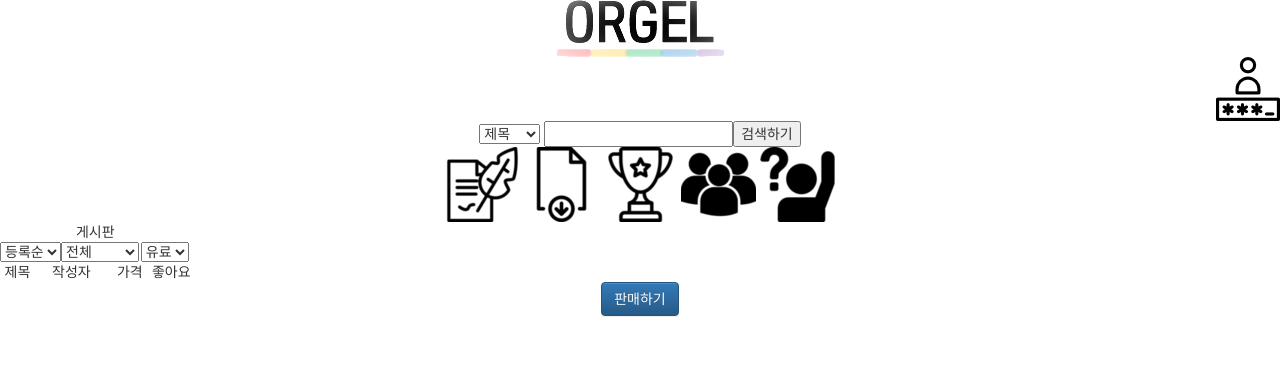
Repository: 2018YoungJinCollege-Com-3WDJ-3Group/WebCode
Page: http://localhost/sellboard
The author's editor kept a record of every edit. The page is drawn from the files as they stood at one moment, then again after the next edit.
The browser window is 1280 px wide. The pictures show the whole page.
The page is served by the project's Laravel application, run on PHP 8.4 with Laravel 8. Other server files are loaded and not shown. Queries for data that is not in the repository find no rows.

Above is the page before.
Console error (its wording comes from the project's code and is left out).

### 20180326/project/routes/web.php
<?php

/*
|--------------------------------------------------------------------------
| Web Routes
|--------------------------------------------------------------------------
|
| Here is where you can register web routes for your application. These
| routes are loaded by the RouteServiceProvider within a group which
| contains the "web" middleware group. Now create something great!
|
*/
//개인적으로 쓰이는 test파일 경로
Route::get('minsuk',function(){
   return view('minsuk');
});



Route::get('/test',function(){
    return view('test');
});
//사이트 접속시 첫 페이지
Route::get('/', function (){
    return view('project');
});

//mobile게시판 라우트
Route::resource('Msellboard','MoblieSellBoardController');
//게시판라우트
Route::resource('sellboard','SellBoardController');
//게시판 검색 라우트
Route::get('sellboard/search','SellBoardController@search')->name('sellboard.search');

//메인페이지 라우트
Route::resource('main','MainController');
//메인페이지 외부악보 라우트
Route::post('main/transfer','MainController@transfer')->name('upload');



//로그인 계정 관리
Route::get('login','Auth\LoginController@getLogin')->name('getLogin');
Route::post('login','Auth\LoginController@postlogin')->name('postLogin');
Route::get('logout','Auth\LoginController@getLogout')->name('getLogout');
Route::get('register','Auth\RegisterController@getRegister')->name('getRegister');
Route::post('register','Auth\RegisterController@postRegister')->name('postRegister');
//Route::post('duplication','Auth\RegisterController@namecheck')->name('duplication');

//패스워드 초기화 링크 요청 routes..
Route::get('password/email','Auth\ResetPasswordController@getEmail')->name('getEmail');
Route::post('password/email','Auth\ResetPasswordController@postEmail')->name('postEmail');
//패스워드 초기화
Route::get('password/reset/{token}','Auth\ResetPasswordController@getReset')->name('getReset');
Route::post('password/reset','Auth\ResetPasswordController@postReset')->name('postReset');
//마이 악보 페이지 보여주기
Route::get('score','PersonalController@getScore')->name('getScore');

### 20180326/project/app/Http/Controllers/SellBoardController.php
<?php

namespace App\Http\Controllers;
use DB;
use Illuminate\Http\Request;
use App\Sellboard;
use Illuminate\Support\Facades\Input;
use Illuminate\Support\Facades\Validator;
class SellBoardController extends Controller
{
    /**
     * Display a listing of the resource.
     *
     * @return \Illuminate\Http\Response
     */
    public function index()
    {
        //전체 출력
        //$posts=Sellboard::all();
        //페이지 네이션
        $posts=Sellboard::orderby('created_at','desc')->paginate('5');
        return view('sellboard.index',compact('posts'));
    }

    /**
     * Show the form for creating a new resource.
     *
     * @return \Illuminate\Http\Response
     */
    public function create()
    {
        //
        return view('sellboard.create');
    }

    /**
     * Store a newly created resource in storage.
     *
     * @param  \Illuminate\Http\Request  $request
     * @return \Illuminate\Http\Response
     */
    public function store(Request $request)
    {
        //
        $validator=Validator::make($data=Input::all(),Sellboard::$rules);

        if($validator->fails())
        {
            return redirect()->back()->withErrors($validator->errors())->withInput();
        }

        $post=new Sellboard();
        $post->seller=session()->get('user_name');
        $select_val=$request->get('category');
        switch ($select_val) {

            case "1":
                // code...
                $post->category="클래식";
                break;
            case "2":
                // code...
                $post->category="뉴에이지";
                break;
            case "3":
                // code...
                $post->category="팝/가요";
                break;
            case "4":
                // code...
                $post->category="CCM";
                break;
            case "5":
                // code...
                $post->category="게임/애니";
                break;
            case "6":
                // code...
                $post->category="편곡";
                break;
            case "7":
                // code...
                $post->category="자작";
                break;

            default:
                // code...
                $post->category="기타";
                break;
        }
        $post->title=Input::get('title');
        $post->price=(Int)Input::get('price');
        $post->body=Input::get('body');
        if(Input::hasFile('score'))
        {
            $score=Input::file('score');
            $newFileName=time().'_'.$score->getClientOriginalName();
            $score->move(storage_path().'/file/',$newFileName);
            $post->score=$newFileName;
        }
        else
        {
            $post->scorenum='0';
        }
        $post->save();

        return redirect()->route('sellboard.index');

    }

    /**
     * Display the specified resource.
     *
     * @param  int  $id
     * @return \Illuminate\Http\Response
     */
    public function show($id)
    {
        //
        $post=sellboard::find($id);
        if($post==null)
        return view('sellboard.index');
        else
        return view('sellboard.show',compact('post'));
    }

    /**
     * Show the form for editing the specified resource.
     *
     * @param  int  $id
     * @return \Illuminate\Http\Response
     */
    public function edit($id)
    {
        //
        $post=Sellboard::findOrFail($id);
        return view('sellboard.edit',compact('post'));
    }

    /**
     * Update the specified resource in storage.
     *
     * @param  \Illuminate\Http\Request  $request
     * @param  int  $id
     * @return \Illuminate\Http\Response
     */
    public function update(Request $request, $id)
    {
        //
        $post=Sellboard::findOrFail($id);
        //바꾸어 줄 데이터 받아서 DB에 update
        $post->title=Input::get('title');
        $post->price=(Int)Input::get('price');
        $post->body=Input::get('body');

        //DB저장
        $post->save();
        return redirect()->route('sellboard.index');

    }

    /**
     * Remove the specified resource from storage.
     *
     * @param  int  $id
     * @return \Illuminate\Http\Response
     */
    public function destroy($id)
    {
        //
        Sellboard::destroy($id);
        return redirect()->route('sellboard.index');

    }
    public function search(Request $request){
        $temp=$request->get('search_tag');

        return $request->all();
    }





}

### 20180326/project/app/Sellboard.php
<?php

namespace App;

use Illuminate\Database\Eloquent\Model;

class sellboard extends Model
{
    protected $primaryKey  = 'num';
    protected $table='sellboard';

    //
    public static $rules=[
        'title'=>'required',
        'body'=>'required',
        'price'=>'Integer'
    ];

}

### 20180326/project/resources/views/sellboard/index.blade.php
@extends('layouts.master')
@section('content')
    <!--악보 판매게시판-->
    <div>
        <table style="text-align: center" >
            <tr>
                <td colspan="12" style="text-align: center">게시판</td>
            </tr>
            <tr>
                <td colspan="4">
                    <select>
                        <option value="">등록순</option>
                        <option value="">조회순</option>
                        <option value="">가격순</option>
                    </select>
                </td>
                <td colspan="4">
                    <select>
                        <option value="0">전체</option>
                        <option value="1">클래식</option>
                        <option value="2">뉴에이지</option>
                        <option value="3">팝/가요</option>
                        <option value="4">CCM</option>
                        <option value="5">게임/애니</option>
                        <option value="6">편곡</option>
                        <option value="7">자작</option>
                        <option value="8">기타</option>

                    </select>
                </td>
                <td colspan="4">
                    <select >
                        <option value="1">유료</option>
                        <option value="0">무료</option>
                    </select>
                </td>
            </tr>
            <tr>
                <td colspan="3">제목</td>
                <td colspan="3">작성자</td>
                <td colspan="3">가격</td>
                <td colspan="3">좋아요</td>
                <!--게시판 내용 출력.-->
            </tr>

            @foreach($posts as $data)
            <tr>
                    <td colspan="3"><a href=#>[{{$data->category}}]</a><a href={{route("sellboard.show",$data->num)}}>{{$data->title}}</a></td>
                    <td colspan="3">{{$data->seller}}</td>
                    <td colspan="3">{{$data->price}}</td>
                    <td colspan="3">{{$data->like}}</td>
            </tr>
            @endforeach

        </table>
        <a href="{{route('sellboard.create')}}" class="btn btn-primary">판매하기</a>
    </div>
{!!$posts->render()!!}
@endsection

### 20180326/project/resources/views/layouts/master.blade.php
<!doctype html>
<html lang="{{ app()->getLocale() }}">
<head>
    <meta charset="UTF-8">

    <!--Bootstrap frame work-->
    <link rel="stylesheet" href="{!! asset('css/bootstrap.css') !!}">
    <link rel="stylesheet" href="{!! asset('css/bootstrap-theme.css') !!}">
    <script src="{{asset('js/bootstrap.js')}}"></script>

    <!--개인용 css 링크-->
    <link rel="stylesheet" href="{!! asset('css/persnoal.css?ver=2') !!}">





    <style>
        .drop-zone {
            width:200px;
            height:200px;
            text-align:center;
            background-color:gray;
            border:2px dashed black;
            border-radius:10px;
            position: relative;
            display:inline;
        }


        .content {
            text-align: center;
        }
        .user_icon{
            text-align: right;
        }
    </style>
</head>
<body>
    <script src="{{asset('js/jquery-3.3.1.js')}}"></script>
<div class="content" style="margin: auto;">
    <div style="margin: auto;">
        <a href="{{ url('/') }}"><img src="/img/logotype_icon.png"></img></a>
    </div>

    <!-- image size : 75px -->
    <div class="user_icon">
        @if(session()->get('is_login'))
        <a href="{{route('getScore')}}"><img src="/img/op_folder_icon_resized50px.png"></a>
        <a href="https://placeholder.com"><img src="/img/myInfo_icon_resized50px.png"></a>
        <a href="{{route('getLogout')}}"><img src="/img/logout_icon_resized50px.png"></a>
        @else
        <a href="{{route('getLogin')}}"><img src="/img/login_icon.png"></a>
        @endif

    </div>

    <div>
        <form method="get" action="{{route('sellboard.search')}}">
        <select name="search_tag">
                        <option value="1">제목</option>
                        <option value="2">내용</option>
                        <option value="3">저작자</option>

        </select>
        <input type="text" name="search"><input type="submit" value="검색하기">
        </form>
    </div>

    <!-- image size : 75px -->
    <div class="menu_icon">
        <a href="{{route('main.index')}}"><img src="/img/mk_score_icon_resized75px.png"></a>
        <a href="https://placeholder.com"><img src="/img/dl_file_icon_resized75px.png"></a>
        <a href="https://placeholder.com"><img src="/img/trophy_icon_resized75px.png"></a>
        <a href="{{route('sellboard.index')}}"><img src="/img/community_icon_resized75px.png"></a>
        <a href="https://placeholder.com"><img src="/img/helping_icon_resized75px.png"></a>
    </div>

    @yield('content')
</div>
</body>
</html>

### 20180326/project/public/css/persnoal.css
#pianoTable{
    font-size: 7pt;
    width : 26px;

    vertical-align: middle;

}

#theadOfPianoTable>th{
    background-image: url("../img/cell_head.png");
    background-size: 25;
    text-align: center;

}

.cell-piano{
    text-align: center;
    background-color: white;
    background-image: url("../img/cell_unput.png");
    background-size: cover;



}

.cell-piano:hover{
    background-color: green;
    background-image: url("../img/cell_input.png");

}


.cell-piano-input{
    background-image: url("../img/cell_input.png");
    background-size: cover;
}



#theadOfPianoTable th:hover{
    background-color: black;
    color: white;
}


.line-focus {
    background-color: black;
    color: white;
    background-image: url("../img/cell_play.png");
    background-size: cover;
}


.crossFocus {
    background-image: url("../img/cell_cross.png");
    background-size: cover;
    font-weight: bold;
    color: white;
}

.cell-melody{
    background-image: url("../img/cell_melody.png");
    background-size: cover;
}

.tempImage{
    content: url("../img/mk_score_icon.png");
    width:25px;
    height:25px;
    display:inline;
}

#scoreInfo{
    text-align:left;
    margin-top:50px;
    margin-bottom:30px;
    border:solid;
}

#scoreInfo>*{

    margin-bottom:5px;
}

Loaded but not shown: 20180326/project/app/Http/Controllers/Controller.php (common file); 20180326/project/public/css/bootstrap.css (library); 20180326/project/public/css/bootstrap-theme.css (library); 20180326/project/public/js/bootstrap.js (library); 20180326/project/public/js/jquery-3.3.1.js (library)

After the next edit:
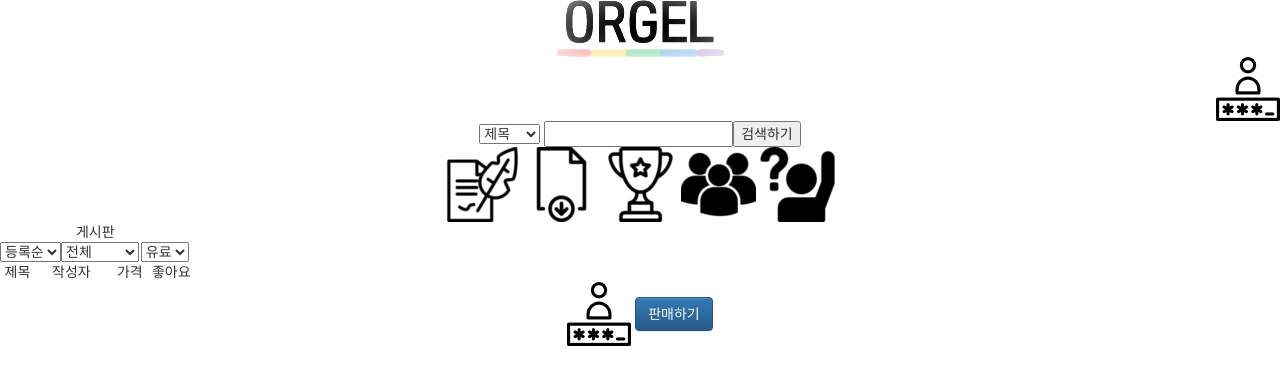
The edit:
--- a/20180326/project/resources/views/sellboard/index.blade.php
+++ b/20180326/project/resources/views/sellboard/index.blade.php
@@ -53,6 +53,11 @@
             @endforeach
 
         </table>
+        @if(session()->get('is_login'))
+        <a href="{{route('sellboard.create')}}" class="btn btn-primary">판매하기</a>
+        @else
+        <a href="{{route('getLogin')}}"><img src="/img/login_icon.png"></a>
+        @endif
         <a href="{{route('sellboard.create')}}" class="btn btn-primary">판매하기</a>
     </div>
 {!!$posts->render()!!}
